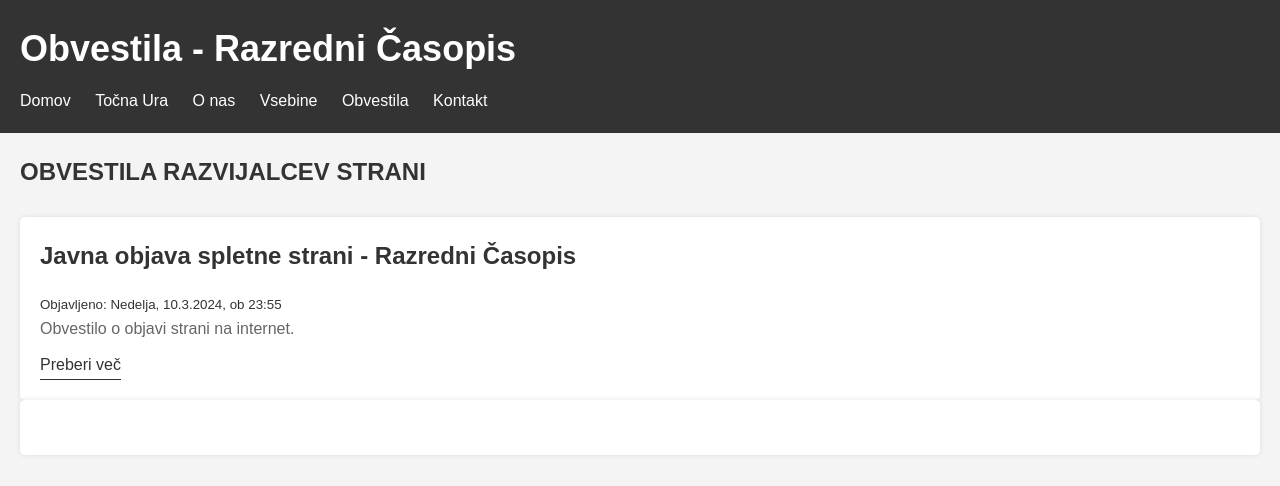
Repository: razrednicasopis/razrednicasopis.github.io
Page: Resources/obvestila.html
An editor plug-in stored every save of this project. The page is shown before and after the next save, followed by the edit.
The browser window is 1280 px wide. The pictures show the whole page.

Above is the page before, as saved 2024-03-12 12:56:24.
Console error: ReferenceError: maintenanceMode is not defined

After the next save:
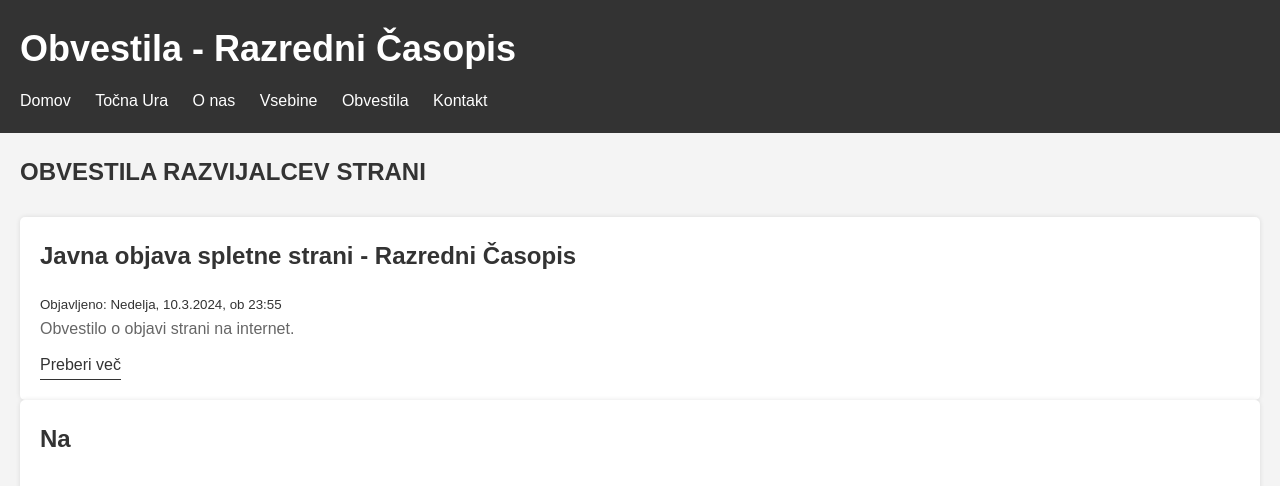
Saved 10 s later.
--- a/Resources/obvestila.html
+++ b/Resources/obvestila.html
@@ -40,7 +40,7 @@
               </article>
                 <p>
                   <article>
-                    <h2></h2>
+                    <h2>Na</h2>
                   </article>
                 </p>
           </section>
